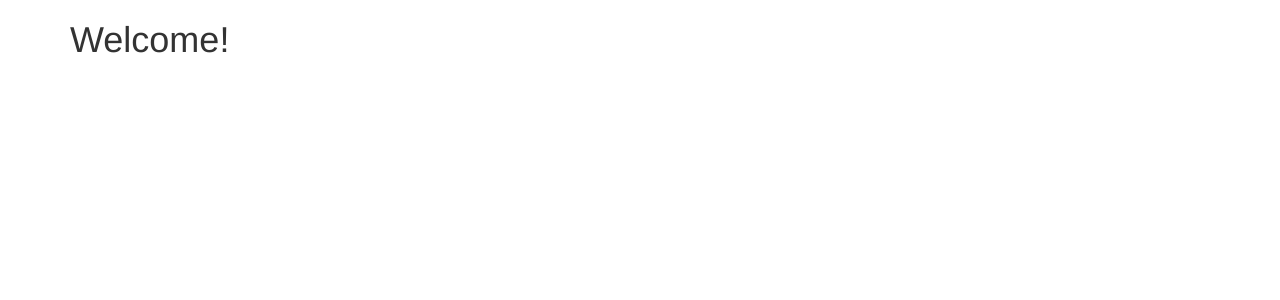
Repository: JasonBour/Beautypedia
Page: http://localhost/
These files come from the project's save history. The page is drawn as it stood at one moment and after the next save; the edit follows.
The browser window is 1280 px wide. The pictures show the whole page.
The page is run by PHP 8.4 with error messages shown; the project is at /var/www/html/.

Above is the page before, as saved 2015-09-13 12:12:53.

After the next save:
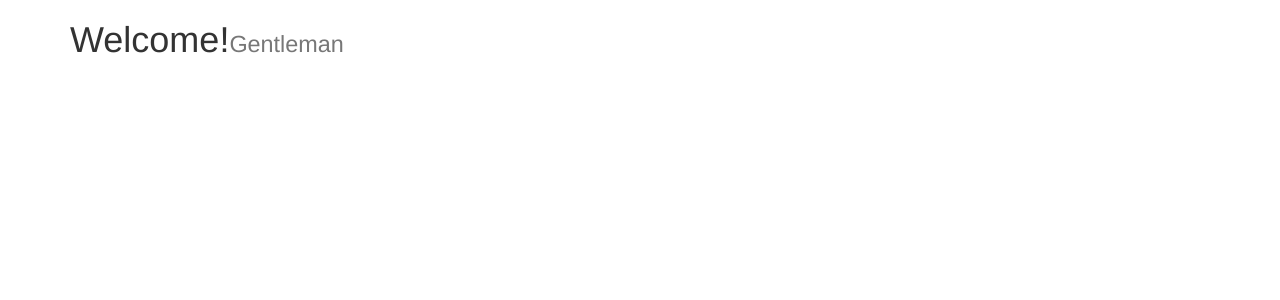
Saved 2 s later.
--- a/Beautypedia/index.php
+++ b/Beautypedia/index.php
@@ -7,7 +7,7 @@
 
 
 <div class="container">
-    <h1>Welcome!</h1>
+    <h1  class="title">Welcome!<small>Gentleman</small></h1>
 
     </div>
 
